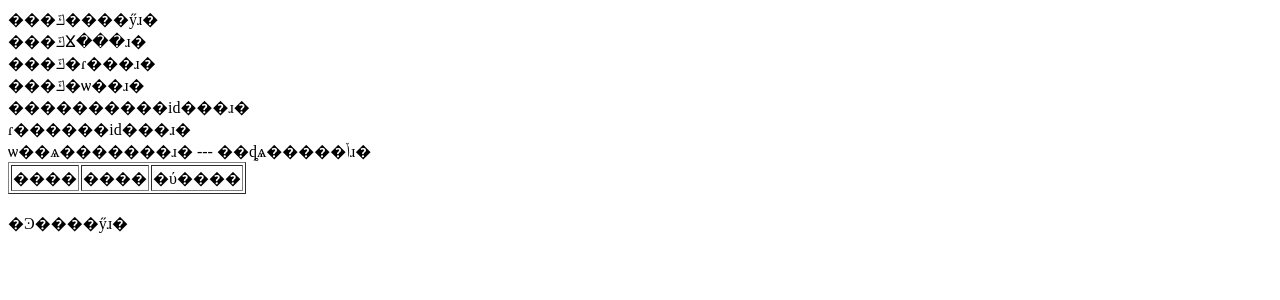
Repository: ZxxWs/P_M_learn
Page: http://localhost/
The author's editor kept a copy of each file at every save. The page is drawn from the files as they stood at one save, then again after the next save.
The browser window is 1280 px wide. The pictures show the whole page.
The page is run by PHP 8.4 with error messages shown; the project is at /var/www/html/. Queries for data that is not in the repository find no rows.

Above is the page before, as saved 2019-03-13 10:16:28.

### Mysql_learn/index.php
<?php

//MySQL在PHP中的方法：mysqli_function(value,value1....)

//************************************************************
//连接MySQL：
$host='localhost:3306';                    //可选，主机名|IP
$username='root';          //可选，MySQL用户名
$password;          //可选，MySQL密码
$dbname;            //可选，默认数据库
$port;                  //端口号
$socket;            //规定socket
$conn=mysqli_connect($host,$username);
//mysqli_close($link);//关闭与于数据库的连接
if($conn)
    echo "数据库连接成功";
echo "<br />";

//************************************************************
//创建数据库
$create="create database phpcreat";
$createdatabase=mysqli_query($conn, $create);
if($createdatabase)
    echo "数据库创建成功";
else{
    die('连接失败: ' . mysqli_error($conn));
}
echo "<br />";

//删除数据库
$drop="drop database phpcreat";
$drop=mysqli_query($conn, $drop);
if($drop)
    echo "数据库删除成功";
else{
    die('连接失败: ' . mysqli_error($conn));
}
echo "<br />";


//************************************************************
//选择数据库
$dbname="test";
$select=mysqli_select_db($conn, $dbname);
if($select)
    echo "数据库选择成功";
    else{
        die('连接失败: ' . mysqli_error($conn));
    }
echo "<br />";


//************************************************************
//创建表
$table="create table phptable(id int)";
$createtable=mysqli_query($conn, $table);
if($createtable)
    echo "创建表：“id”成功";
else{
    die('连接失败: ' . mysqli_error($conn));
}
echo "<br />";

//删除表
$droptable="drop table phptable";
$droptablea=mysqli_query($conn, $droptable);
if($droptablea)
    echo "删除表“id”成功";
echo "<br/>";


//***********************
// 设置编码，防止中文乱码
mysqli_query($conn , "set names utf8");
//***********************
//向表中插入数据————>students:name,num,class
/*
$stuname="吴霜";
$stunum=1707004101;
$stuclass=17070144;
$sqldata="insert into students".
         "(name,num,class)".
         "values".
         "('$stuname','$stunum','$stuclass')";
$into=mysqli_query($conn, $sqldata);
if($into)
    echo "插入相关学生数据成功";
    echo "<br/>";
*/

//***********************************************************
//读取数据库
//读取数据库的方式多种多样
$readdata='select name,num,class from students';
$selecttable=mysqli_select_db($conn, 'test');//选择表
if($selecttable)
    echo "选择学生表单成功";
    echo "  ---  \0";
$readendl=mysqli_query($conn, $readdata);
if($readendl)
    echo "读取学生数据成功";
    echo "<br/>";

echo '<table border="1"><td>标题</td><td>作者</td><td>提交日期</td></tr>';
while($whilee=mysqli_fetch_array($readendl,MYSQLI_ASSOC)){//每次读取的数据会复制给$whilee
    echo "<tr><td>{$whilee['name']}</td>".                //参数MYSQLI_ASSOC查询结果返回关联数据
        "<td>{$whilee['num']}</td>".
        "<td>{$whilee['class']}</td>".
        "</tr>";
}
echo '</table>'."<br/>";


 //释放内存
mysqli_free_result($readendl);
$close=mysqli_close($conn);
if($close)
    echo "断开连接成功";

After the next save:
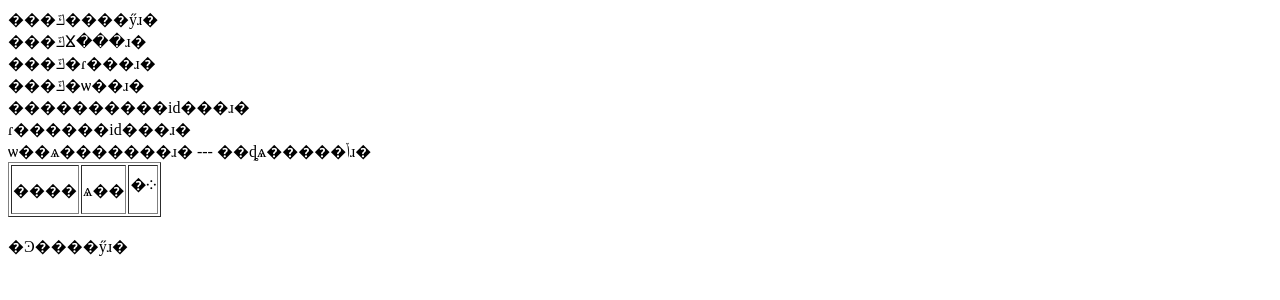
Saved 30 s later.
--- a/Mysql_learn/index.php
+++ b/Mysql_learn/index.php
@@ -101,7 +101,7 @@ if($readendl)
     echo "读取学生数据成功";
     echo "<br/>";
 
-echo '<table border="1"><td>标题</td><td>作者</td><td>提交日期</td></tr>';
+echo '<table border="1"><td>姓名</td><td>学号</td><td>班级</td></tr>';
 while($whilee=mysqli_fetch_array($readendl,MYSQLI_ASSOC)){//每次读取的数据会复制给$whilee
     echo "<tr><td>{$whilee['name']}</td>".                //参数MYSQLI_ASSOC查询结果返回关联数据
         "<td>{$whilee['num']}</td>".
